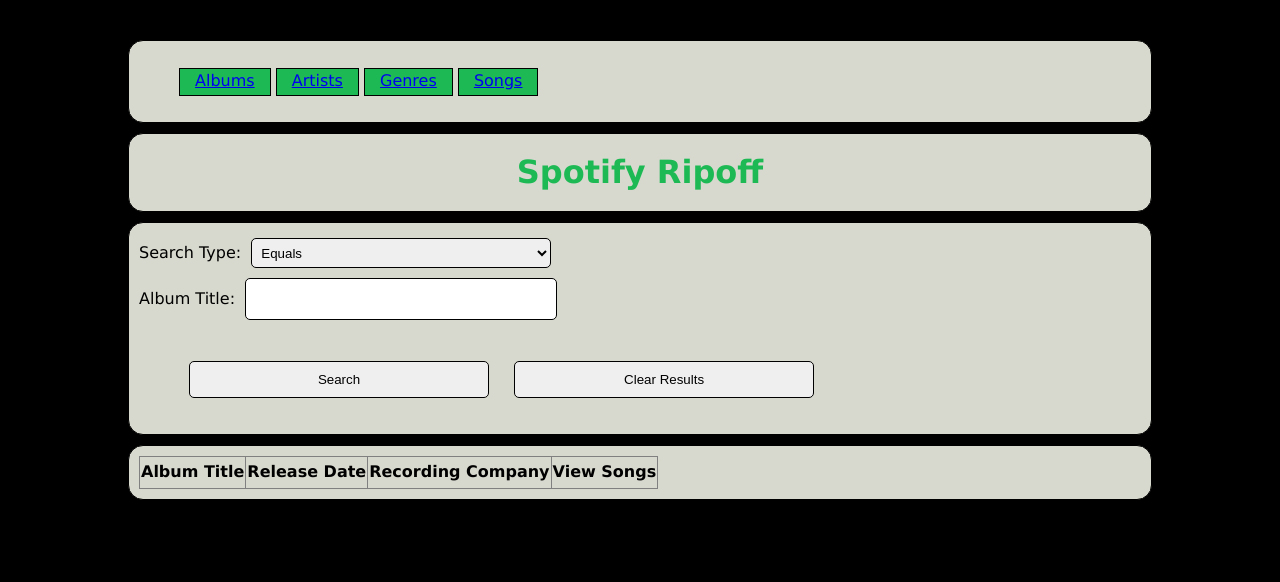
Repository: RRGTHWAR/bkg16_INFSCI1017
Page: bkg16_Music_FinalProject/WebContent/album.html
The author's editor kept a copy of each file at every save. The page is drawn from the files as they stood at one save, then again after the next save.
The browser window is 1280 px wide. The pictures show the whole page.

Above is the page before, as saved 2019-04-14 03:43:22.

### bkg16_Music_FinalProject/WebContent/album.html
<!DOCTYPE html>
<html>
<head>
<meta charset="UTF-8">
<title>Albums</title>
<link href="css/style.css" rel="stylesheet" type="text/css" />
<script src="js/jquery-3.3.1.min.js"></script>
</head>
<body>
	<div id="navBar">
		<ul>
			<li><a href="album.html" title="Albums">Albums</a></li>
			<li><a href="artist.html" title="Artists">Artists</a></li>
			<li><a href="genre.html" title="Genres">Genres</a></li>
			<li><a href="song.html" title="Songs">Songs</a></li>
		</ul>
	</div>
	<h1 id="mainHeader" >Spotify Ripoff</h1>
	<div id="albumSearch" class="searchBox" >
		<div>
			Search Type:
			<select name="searchType" id="searchType" class="textField">
				<option value="equals">Equals</option>
				<option value="begins">Begins</option>
				<option value="ends">Ends</option>
				<option value="contains">Contains</option>
				<option value="">All</option>
			</select>
		</div>
		<div>
			Album Title: <input type="text" id="albumTitle" name="albumTitle" value="" class="textField" />
		</div>
		<div id="btns" >
			<ul>
				<li><input type="button" id="btnSearch" name="btnSubmit" class="actButton" value="Search" /></li>
				<li><input type="button" id="btnClear" name ="btnClear" class="actButton" value="Clear Results" /></li>
			</ul>
		</div>
	</div>

	<div id="searchResults">
		<table border="1" id="tblSearchResults">
			<tr>
				<th>Album Title</th>
				<th>Release Date</th>
				<th>Recording Company</th>
				<th>View Songs</th>
			</tr>
		</table>
	</div>

	</body>
	<script>
		$(document).ready(function (){
			if (window.location.href.indexOf("?artistID=") > -1) {
				var addy = window.location.href;
				var artistID = addy.substring(addy.indexOf("=") + 1);
				var url = "AlbumListWS?artistID=" + artistID;
				$.get(url, function(resp){
					parseAlbumData(resp);
				})
			};
			if (window.location.href.indexOf("?songID=") > -1) {
				var addy = window.location.href;
				var songID = addy.substring(addy.indexOf("=") + 1);
				var url = "AlbumListWS?songID=" + songID;
				$.get(url, function(resp){
					parseAlbumData(resp);
				})
			};
			$("#btnClear").click(function (){
				clearResultsTable();
			});
			$("#btnSearch").click(function (){
				search();
			});

			$("#albumTitle").keyup(function(){
				var keyPressed = $("#albumTitle").val();
				if(keyPressed.length > 2) {
					search();
				} else {
					clearResultsTable();
				}

			});
		});

		function search(optSearchType){
			var albumTitle = $("#albumTitle").val();
			var searchType = "";

			//Logic for dealing with optional parameters
			if(optSearchType === undefined) {
				var searchType = $("#searchType").val();
			} else{
				searchType = optSearchType;
			}
			// console.log("Song: " + albumTitle);
			// console.log("SearchType: " + searchType);
			var url = "AlbumListWS?albumTitle=" + albumTitle + "&searchType=" + searchType;
			// console.log(url);
			$.get(url, function(resp){
				parseAlbumData(resp);
			})
		}

		function parseAlbumData(data){
			//$("#searchResults").text(JSON.stringify(data));
			clearResultsTable();
			var result = "";

			for(var i=0; i < data.length; i++) {
				var tr = $("<tr></tr>"); //Created empty html table row

				//First data cell
				var td = $("<td></td>"); //Created empty html table data
				td.html(data[i].title);
				tr.append(td);

				//Second data cell
				td = $("<td></td>"); //Note that we don't need to redeclare this
				td.html(data[i].release_date);
				tr.append(td);

				//Third data cell
				td = $("<td></td>"); //Note that we don't need to redeclare this
				td.html(data[i].recording_company_name);
				tr.append(td);

				//Fourth data cell
				td = $("<td class='songLink'></td>"); //Note that we don't need to redeclare this
				var link = "<a href='song.html?albumID=" + data[i].album_id + "'>View Songs</a>";
				td.html(link);
				tr.append(td);

				//Append row to table
				$("#tblSearchResults").append(tr);
				//result += 'Title: ' + data[i].title + '<br />';
			}


			//$("#searchResults").html(result);
		}

		//Source: https://stackoverflow.com/questions/2620181/clear-table-jquery
		function clearResultsTable() {
			$("#tblSearchResults td").parent().remove();
		}

		//Source: https://memorynotfound.com/detect-enter-keypress-javascript-jquery/
		$(document).keypress(function(e) {
			var keycode = (e.keyCode ? e.keyCode : e.which);
			if (keycode == '13') {
				$("#btnSearch").click();
			}
		});

	</script>
</html>

### bkg16_Music_FinalProject/WebContent/css/style.css
@charset "UTF-8";

html, body {
	background-color: black;
}

body {
	font-family: Verdana, Geneva, sans-serif;
	font-size: 100%;
	width: 80%;
	margin-right: auto;
	margin-left: auto;
	padding: 2.5% 2.5% 0;
	line-height: 1.8;
}

h1, h2, h3, h4, h5, h6, p {
	margin: 0;
	padding: 0;
}

h1, h2, h3, h4, h5, h6 {
	color: #1DB954;
}

p {
	margin-bottom: 1em;
}

#navBar {
	background-color: #D7D9CE;
	border: 1px solid #000;
	padding: 10px;
	border-radius: 15px;
}

#navBar ul li {
	background-color: #1DB954;
	margin-left: 0;
	margin-bottom: 10px;
	padding: 2px 15px 5px;
	border: 1px solid #000;
	list-style: none;
	display: inline;
}

#mainHeader {
	background-color: #D7D9CE;
	border: 1px solid #000;
	padding: 10px;
	margin-top: 10px;
	border-radius: 15px;
	text-align: center;
}

.searchBox {
	background-color: #D7D9CE;
	border: 1px solid #000;
	padding: 10px;
	margin-top: 10px;
	border-radius: 15px;
	margin-bottom: 10px;
}

.textField {
	border: 1px solid #000;
	border-radius: 5px;
	padding: 5px;
	margin: 5px;
	width: 300px;
	height: 30px;
}

#searchResults {
	background-color: #D7D9CE;
	border: 1px solid #000;
	padding: 10px;
	margin-top: 10px;
	border-radius: 15px;
	display: block;
	margin: 0 auto;
}

#btns ul li {
	padding: 10px;
	margin-top: 10px;
	border-radius: 15px;
	text-align: center;
	list-style: none;
	display: inline-block;
}

input[type=button] {
	border: 1px solid #000;
	padding: 10px;
	border-radius: 5px;
	display: inline-block;
	margin: 0 auto;
	width: 300px;
}

#tblSearchResults {
	border-collapse: collapse;
}

#tblSearchResults tr th td {
	border: 1px solid #000;
	padding: 5px;
	border-collapse: collapse;
	display: inline-block;
	margin: 0 auto;
	text-align: center;
}

Loaded but not shown: bkg16_Music_FinalProject/WebContent/js/jquery-3.3.1.min.js (library)

After the next save:
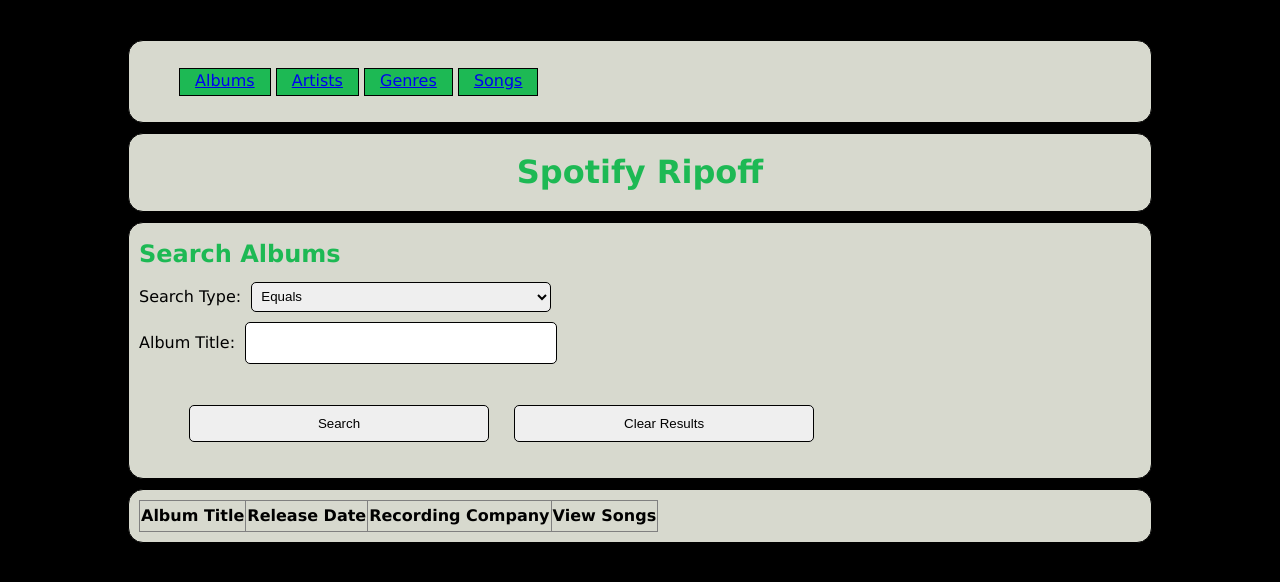
Saved 9 h 56 min later.
--- a/bkg16_Music_FinalProject/WebContent/album.html
+++ b/bkg16_Music_FinalProject/WebContent/album.html
@@ -17,6 +17,7 @@
 	</div>
 	<h1 id="mainHeader" >Spotify Ripoff</h1>
 	<div id="albumSearch" class="searchBox" >
+		<h2>Search Albums</h2>
 		<div>
 			Search Type:
 			<select name="searchType" id="searchType" class="textField">
